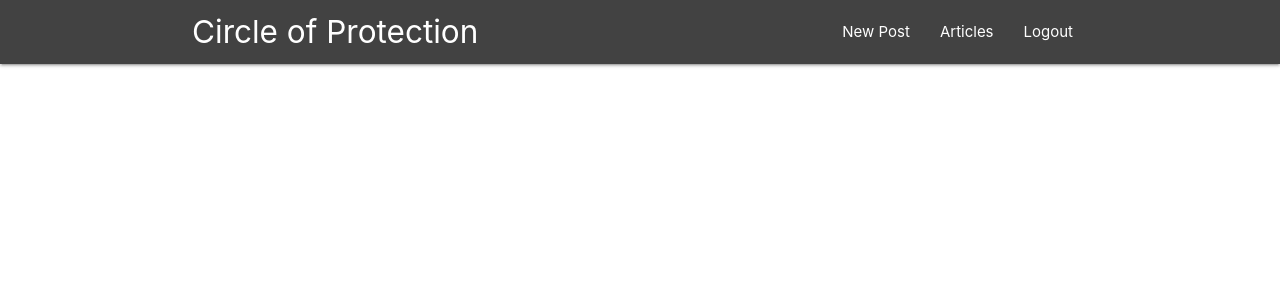
Repository: EnriqueGalindo/mtgBlog
Page: /
An editor plug-in stored every save of this project. The page is shown before and after a run of saves, followed by the edit.
The browser window is 1280 px wide. The pictures show the whole page.
The project was rebuilt for these pictures with package versions that can differ from the ones it lists, and the page was loaded fresh each time.

Above is the page before, as saved 2020-03-18 14:52:30.

### public/index.html
<!DOCTYPE html>
<html lang="en">
  <head>
    <meta charset="utf-8" />
    <link rel="icon" href="%PUBLIC_URL%/favicon.ico" />
    <meta name="viewport" content="width=device-width, initial-scale=1" />
    <meta name="theme-color" content="#000000" />
    <meta
      name="description"
      content="Web site created using create-react-app"
    />
    <link rel="apple-touch-icon" href="%PUBLIC_URL%/logo192.png" />
    <!--
      manifest.json provides metadata used when your web app is installed on a
      user's mobile device or desktop. See https://developers.google.com/web/fundamentals/web-app-manifest/
    -->
    <link rel="manifest" href="%PUBLIC_URL%/manifest.json" />
    <!--
      Notice the use of %PUBLIC_URL% in the tags above.
      It will be replaced with the URL of the `public` folder during the build.
      Only files inside the `public` folder can be referenced from the HTML.

      Unlike "/favicon.ico" or "favicon.ico", "%PUBLIC_URL%/favicon.ico" will
      work correctly both with client-side routing and a non-root public URL.
      Learn how to configure a non-root public URL by running `npm run build`.
    -->
     <!--Import Google Icon Font-->
     <link href="https://fonts.googleapis.com/icon?family=Material+Icons" rel="stylesheet">
     <!--Import materialize.css-->
     <link rel="stylesheet" href="https://cdnjs.cloudflare.com/ajax/libs/materialize/1.0.0/css/materialize.min.css">

    <title>React App</title>
  </head>
  <body>
    <noscript>You need to enable JavaScript to run this app.</noscript>
    <div id="root"></div>
    <!--
      This HTML file is a template.
      If you open it directly in the browser, you will see an empty page.

      You can add webfonts, meta tags, or analytics to this file.
      The build step will place the bundled scripts into the <body> tag.

      To begin the development, run `npm start` or `yarn start`.
      To create a production bundle, use `npm run build` or `yarn build`.
    -->
  </body>
</html>

### src/App.js
import React from 'react';
import {BrowserRouter} from 'react-router-dom';
import NavBar from './components/layout/Navbar';

function App() {
  return (
    <BrowserRouter>
    <div className="App">
    <NavBar />
    </div>
    </BrowserRouter>

  );
}

export default App;

### src/components/layout/Navbar.js
import React from 'react'
import {Link} from 'react-router-dom'
import SignedInLinks from './SignedInLinks'
import SignedOutLinks from './SignedOutLinks'


const NavBar = () => {
    return(
        <nav className="nav-wrapper grey darken-3">
            <div className="container">
                <Link to="/" className="brand-logo">Circle of Protection</Link>
                <SignedInLinks />
            </div>
        </nav>
    )
}

export default NavBar

### src/components/layout/SignedInLinks.js
import React from 'react'
import {NavLink} from 'react-router-dom'

const SignedInLinks = () => {
    return(
        <ul className="right">
            <li><NavLink to="/newpost">New Post</NavLink></li>
            <li><NavLink to="/Articles">Articles</NavLink></li>
            <li><NavLink to="/logout">Logout</NavLink></li>
        </ul>
    )
}

export default SignedInLinks

### src/components/layout/SignedOutLinks.js
import React from 'react'
import {NavLink} from 'react-router-dom'

const SignedOutLinks = () => {
    return(
        <ul className="right">
            <li><NavLink to="/Articles">Articles</NavLink></li>
            <li><NavLink to="/logout">Login</NavLink></li>
        </ul>
    )
}

export default SignedOutLinks

Loaded but not shown: src/index.js (common file); src/index.css (common file); src/serviceWorker.js (common file)

After the next 7 saves:
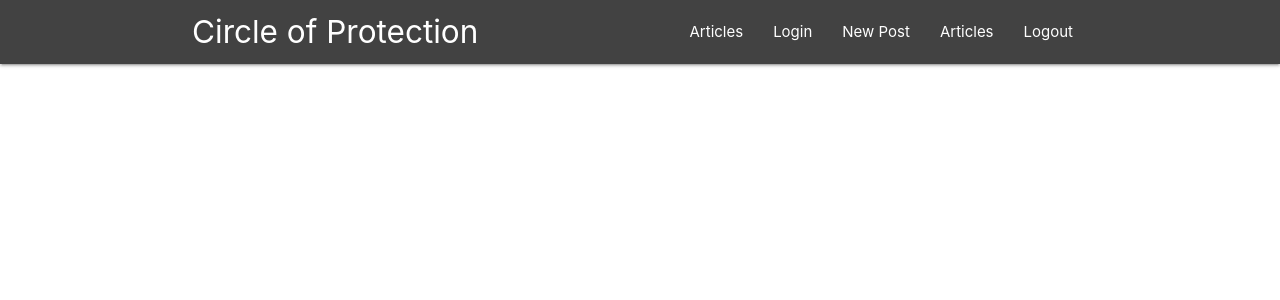
The 7 saves are shown as one change because they came seconds apart.
The last was saved 44 s later.
--- a/src/components/layout/Navbar.js
+++ b/src/components/layout/Navbar.js
@@ -10,6 +10,7 @@ const NavBar = () => {
             <div className="container">
                 <Link to="/" className="brand-logo">Circle of Protection</Link>
                 <SignedInLinks />
+                <SignedOutLinks />
             </div>
         </nav>
     )
